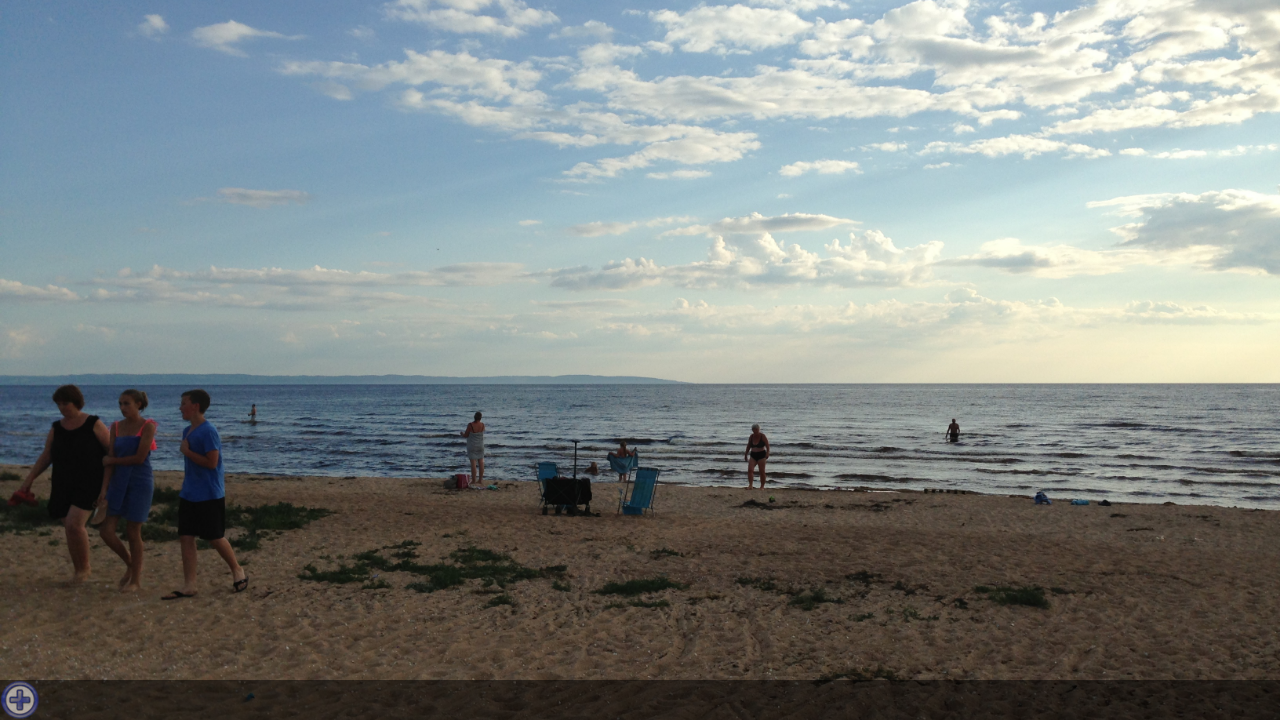
Repository: mc22dg/1dv403-laborationer
Page: Projekt/index.html
The author's editor kept a record of every edit. The page is drawn from the files as they stood at one moment, then again after the next edit.
The browser window is 1280 px wide. The pictures show the whole page.
The page's requests for data from a server got no answer. Some web libraries are served in a nearby version.

Above is the page before.
Console error: TypeError: Cannot set properties of null (setting 'innerHTML')

### Projekt/index.html
<!DOCTYPE html>
<html lang="sv">
<head>
	<meta charset="UTF-8" />
 	<title>Martins Projekt 1dv403</title>
 	<link rel="stylesheet" href="style.css"/>
    <script src="//ajax.googleapis.com/ajax/libs/jquery/2.1.3/jquery.min.js"></script>
    <script src="script2.js"></script>

 <!--	<script src="desktop.js"></script>
 	<script src="window.js"></script>
 	<script src="start.js"></script>
 	<script src="memory.js"></script>
 	<script src="gallery.js"></script>
 	<script src="script.js"></script> -->


</head>
    <body>
        <div id="desktop">
                <template id="template">
                    <div class="window">
                        <div class="headline"><div class="title"></div><img class="close" src ="pics/exit.png"></img></div>
                        <div class="box"></div>
                        <div class="underline"><img class="loading" src="pics/loadingX.gif">Loading</div>
                    </div>
                </template>
            <div id="start"></div>
        </div>
    </body>
</html>

### Projekt/style.css
html, body
{
    width:100%;
    height:100%;
    margin:0;
    padding:0;

}
#desktop
{
    background-image: url("pics/background2.jpg");
    background-size:cover;
    background-position:center;
    width:100%;
    height:100%;

}
.template{

}
.headline{
    background-color:gray;
    width:100%;
    height:20px;

}

.box{
    background-color:white;
    width:100%;
    height:300px;
    overflow: scroll;
    text-align:center;

}
.box ul{

    list-style:none;
    margin-top:0px;
    padding-left:0px;


}
.box ul li{
    background-color:#95a5a6;
    display: inline-block;
    text-align:center;
    padding:5px;
    margin:3px;

}
.box img{
    border:3px;
}

.underline{
    background-color:gray;
    width:100%;
    height:20px;

}
#start{

    background-color:black;
    opacity:0.5;
    width:100%;
    height:40px;
    position:absolute;
    bottom:0px;
}
#start img{
    width:40px;
    height:40px;
}

.window
{
    overflow: hidden;
    width: 400px;
    border-radius:3px;
}

.close{
    float:right;
    padding-right:3px;

}

.close:hover{
    transform:scale(1.1,1.1);
    background-color:red;
}

.title{
    float:left;
}
.title img{
    padding-top:3px;
}

### Projekt/script2.js
"use strict";
//Initierar hela applikationen
window.onload = function() {

    var desk = new Projekt.Desktop();

    new Projekt.Start(desk);

    new Projekt.Gallery();

};
//Hela applikationen ligger i ett objekt vid namn Projekt
var Projekt = {
    closed: true,
    //Funktion som ansvarar för att skapa ett fönster
    Window: function(desktop, title) {
        {
            if (Projekt.closed) {
                Projekt.closed = false;
                var template = document.querySelector("#template"); //Hämtar template från index.html
                var windowTemplate = template.content.querySelector(".window"); //Hämtar window som ligger i template
                this.w = windowTemplate.cloneNode(true); //Clonar det som står i windowTemplate och sätter det på variabeln w

                var titleElement = this.w.querySelector(".title"); //Title läggs i titleElement
                titleElement.innerHTML = title;
                desktop.element.appendChild(this.w);

                var self = this;

                var close = this.w.querySelector(".close");
                close.onclick = function() {
                    Projekt.Close(self);
                    Projekt.closed = true;
                };
            }
        }

    },
    //Funktion som ansvarar för att stänga fönstret
    Close: function(self) {

        self.w.parentNode.removeChild(self.w);

    },
    //Funktion som ansvarar för startmenyn och onklick-eventet för att öppna ett fönster
    Start: function(desk) {
        var start = document.getElementById("start");
        var img = document.createElement("img");
        img.src = "pics/blue_plus_icon.png";
        start.appendChild(img);
        img.onclick = function() {
            var w = new Projekt.Window(desk, '<img src="pics/icon_globe.png">'); //First
            new Projekt.Gallery(w);
        };
    },
    //Funktion som ansvarar för galleriet. Här hämtas bilderna från servern och presenteras som tumnagelbilder
    //De läggs i ett objekt där varje bild får unika värden och läggs sedan in i boxen (fönstert)
    Gallery: function() {
        var xmlHttp = null;
        xmlHttp = new XMLHttpRequest();
        xmlHttp.open("GET", "http://homepage.lnu.se/staff/tstjo/labbyServer/imgviewer/", true);
        xmlHttp.send(null);
        xmlHttp.onreadystatechange = function() {
            if (xmlHttp.readyState == 4) {
                document.querySelector(".underline").innerHTML = '';
                var data = JSON.parse(xmlHttp.responseText);
                var thumbWidth = 0;
                var thumbHeight = 0;
                var html = "<ul>";
                var x = 0;
                var big_images = [];
                data.forEach(function(value) { //En loop som via if-staserna kontrollerar bildernas höjd och bredd samt skapar dem i boxen.
                    x++;
                    //Här kontrolleras tumbildernas högsta värden på höjd och bredd
                    if (value.thumbWidth > thumbWidth) {
                        thumbWidth = value.thumbWidth;
                    }
                    if (value.thumbHeight > thumbHeight) {
                        thumbHeight = value.thumbHeight;
                    }
                    //Här skickas de stora bilderna in i ett objekt
                    big_images.push({
                        id: 'bild-' + x,
                        url: value.URL
                    });

                    //Här får bilderna unika världen
                    html += '<li><img id="bild-' + x + '" src="' + value.thumbURL + '"></li>';
                });
                html += '</ul>';

                //Här läggs bilderna in i boxen
                var box = document.querySelector(".box");
                box.innerHTML = html;

                var boxImg = document.querySelectorAll(".box img");
                for (var i = 0; i < boxImg.length; i++) {
                    console.log(boxImg[i]);
                    boxImg[i].onclick = function() {
                        var cur_id = this.id;
                        big_images.forEach(function(value) {

                            if (cur_id == value.id) {

                                document.getElementById("desktop").style.backgroundImage = 'url(' + value.url + ')';

                            }
                        });
                    };
                }

                //Här läggs bilderna in i listelementet
                var el = document.querySelectorAll(".box li");
                for (var i = 0; i < el.length; i++) {
                    el[i].style.width = thumbWidth + "px";
                    el[i].style.height = thumbHeight + "px";
                }
            }
        };
    },
    Desktop: function() { //Konstruktor

        this.element = document.querySelector("#desktop");
    }
};

After the next edit:
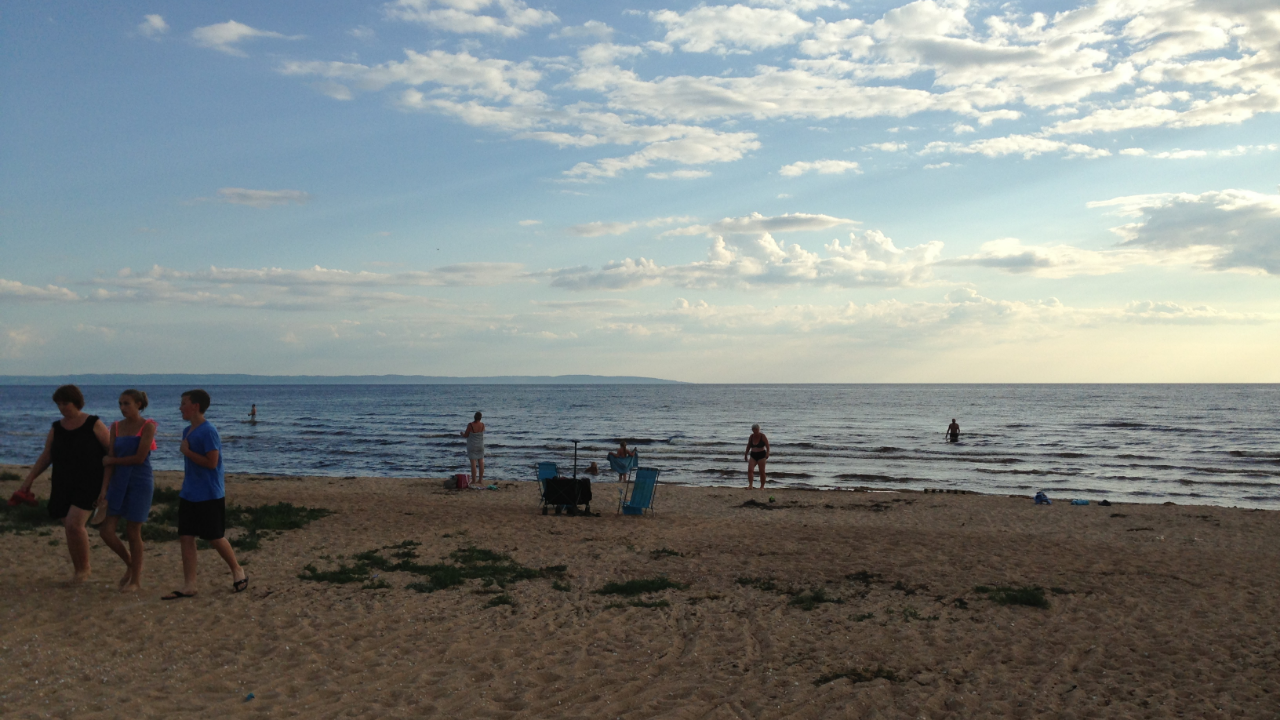
Console error: TypeError: Cannot read properties of null (reading 'appendChild')
The edit:
--- a/Projekt/index.html
+++ b/Projekt/index.html
@@ -24,7 +24,6 @@
                         <div class="box"></div>
                         <div class="underline"><img class="loading" src="pics/loadingX.gif">Loading</div>
                     </div>
-                </template>
             <div id="start"></div>
         </div>
     </body>
